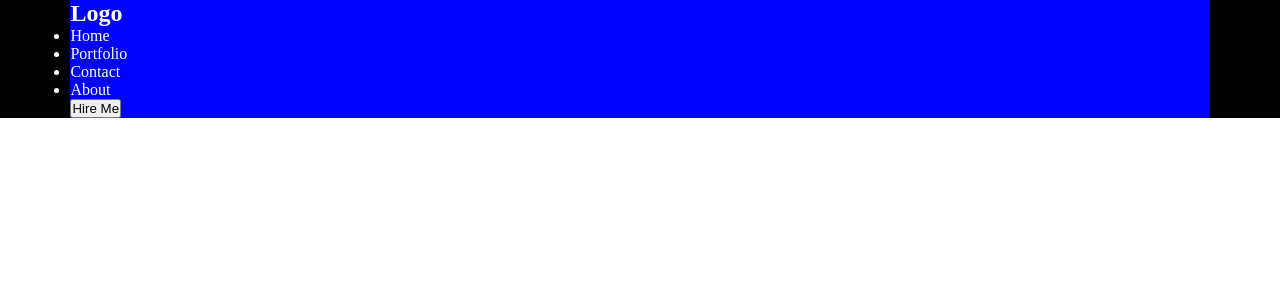
Repository: DevAntonioRogers/vanilla-responsive-navbar
Page: index.html
An editor plug-in stored every save of this project. The page is shown before and after the next save, followed by the edit.
The browser window is 1280 px wide. The pictures show the whole page.

Above is the page before, as saved 2023-06-04 21:07:21.
Console error: TypeError: Cannot read properties of null (reading 'addEventListener')

### index.html
<!DOCTYPE html>
<html lang="en">
  <head>
    <meta charset="UTF-8" />
    <meta http-equiv="X-UA-Compatible" content="IE=edge" />
    <meta
      name="viewport"
      content="width=device-width, initial-scale=1.
    0"
    />
    <link rel="stylesheet" href="style.css" />
    <title>Document</title>
  </head>
  <body>
    <nav>
      <div class="nav-container">
        <h1>Logo</h1>

        <ul>
          <li>Home</li>
          <li>Portfolio</li>
          <li>Contact</li>
          <li>About</li>
        </ul>

        <button>Hire Me</button>
      </div>
    </nav>
    <script src="app.js"></script>
  </body>
</html>

### style.css
* {
  box-sizing: border-box;
  padding: 0;
  margin: 0;
}

nav {
  background-color: black;
}

.nav-container {
  background-color: blue;
  width: 89%;
  color: white;
  margin: auto;
}

### app.js
const hamburger = document.querySelector('.hamburger')
const navMenu = document.querySelector('.nav-menu')

hamburger.addEventListener('click', () => {
  hamburger.classList.toggle('active')
  navMenu.classList.toggle('active')
})




const textToType = ["JavaScript.", "React.", "HTML.", "CSS."];
let currentIndex = 0;
let currentText = "";
let deleting = false;

function typeText() {
  if (currentIndex >= textToType.length) {
    currentIndex = 0;
  }

  currentText = deleting
    ? textToType[currentIndex].substring(0, currentText.length - 1)
    : textToType[currentIndex].substring(0, currentText.length + 1);

  document.getElementById("typing-text").textContent = currentText;

  if (!deleting && currentText === textToType[currentIndex]) {
    deleting = true;
    setTimeout(typeText, 1000);
  } else if (deleting && currentText === "") {
    deleting = false;
    currentIndex++;
    setTimeout(typeText, 500);
  } else {
    setTimeout(typeText, deleting ? 100 : 200);
  }
}

typeText();

After the next save:
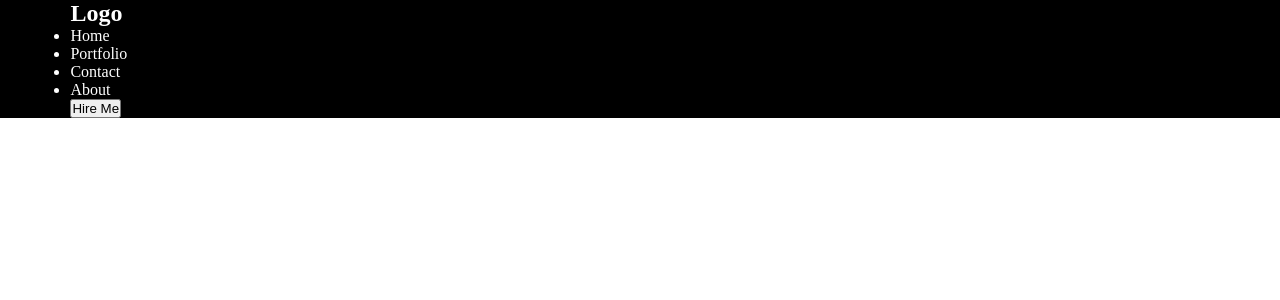
Saved 25 s later.
--- a/style.css
+++ b/style.css
@@ -9,8 +9,8 @@
 }
 
 .nav-container {
-  background-color: blue;
+  background-color: black;
+  color: white;
   width: 89%;
-  color: white;
   margin: auto;
 }
